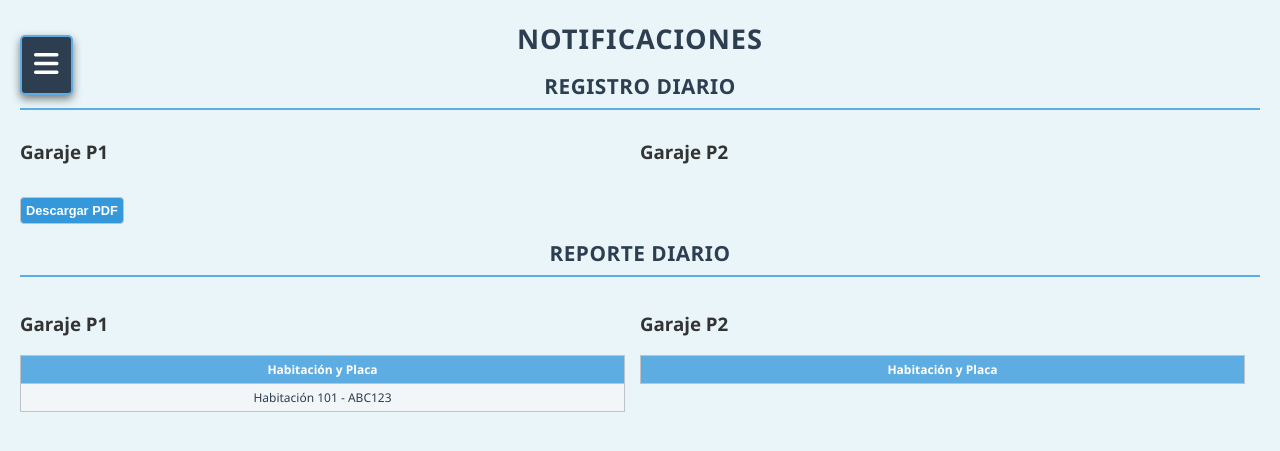
Repository: EddyWebz/base-datos
Page: privado/report.html
An editor plug-in stored every save of this project. The page is shown before and after the next save, followed by the edit.
The browser window is 1280 px wide. The pictures show the whole page.
The page's requests for data from a server got no answer.

Above is the page before, as saved 2024-09-02 20:39:07.

### privado/report.html
<!DOCTYPE html>
<html lang="es">
<head>
    <meta charset="UTF-8">
    <meta name="viewport" content="width=device-width, initial-scale=1, maximum-scale=1, user-scalable=no"> <!-- Desactiva el zoom -->
    <title>Notificaciones y Reportes de Vehículos</title>
    <!-- Vinculación al archivo CSS de notificaciones -->
    <link rel="apple-touch-icon" sizes="180x180" href="/ico.rep/apple-touch-icon.png">
    <link rel="icon" type="image/png" sizes="32x32" href="/ico.rep/favicon-32x32.png">
    <link rel="icon" type="image/png" sizes="16x16" href="/ico.rep/favicon-16x16.png">
    <link rel="manifest" href="/ico.rep/site.webmanifest">
    <link rel="stylesheet" href="/notif.css">
    <!-- Iconos de Font Awesome -->
    <link rel="stylesheet" href="https://cdnjs.cloudflare.com/ajax/libs/font-awesome/6.0.0-beta3/css/all.min.css">
    <script src="https://cdnjs.cloudflare.com/ajax/libs/html2pdf.js/0.9.2/html2pdf.bundle.min.js"></script>
</head>
<body>
    <!-- Menú desplegable -->
    <div class="dropdown-menu">
        <button class="menu-icon">
            <i class="fas fa-bars"></i> <!-- Ícono de Font Awesome -->
        </button>
        <div class="dropdown-content">
            <a href="#" id="home-link">Inicio</a>
            <a href="#" id="home-link">Configuración</a>
            <a href="#" id="logout-button">Cerrar Sesión</a>
        </div>
    </div>

    <!-- Encabezado de la página -->
    <header>
        <h1>Notificaciones</h1>
    </header>

    <!-- Sección de Notificaciones Activas -->
    <section id="notificaciones">
        <h2>Registro Diario</h2>
        <div class="notificaciones-garajes">
            <div class="garaje">
                <h3>Garaje P1</h3>
                <div id="notificaciones-contenedor-P1" class="notificaciones-contenedor">
                    <!-- Las notificaciones dinámicas de P1 se insertarán aquí -->
                </div>
            </div>
            <div class="garaje">
                <h3>Garaje P2</h3>
                <div id="notificaciones-contenedor-P2" class="notificaciones-contenedor">
                    <!-- Las notificaciones dinámicas de P2 se insertarán aquí -->
                </div>
            </div>
        </div>
    </section>

    <!-- Sección de Reportes -->
    <form id="form-reporte">
        <!-- Botón de Imprimir -->
        <button type="button" id="btn-imprimir">Descargar PDF</button>
    </form>
    <h2>Reporte Diario</h2>

    <div class="reportes-garajes" id="Imprimir">
        <div class="garaje">
            <h3>Garaje P1</h3>
            <table id="tabla-reporte-P1" class="compact-table">
                <thead>
                    <tr>
                        <th>Habitación y Placa</th>
                    </tr>
                </thead>
                <tbody>
                    <!-- Las filas de datos se insertarán dinámicamente aquí -->
                    <!-- Ejemplo de fila modificada -->
                    <tr>
                        <td data-id="1">Habitación 101 - ABC123</td>
                    </tr>
                </tbody>
            </table>
        </div>

        <div class="garaje">
            <h3>Garaje P2</h3>
            <table id="tabla-reporte-P2" class="compact-table">
                <thead>
                    <tr>
                        <th>Habitación y Placa</th>
                    </tr>
                </thead>
                <tbody>
                    <!-- Las filas de datos se insertarán dinámicamente aquí -->
                </tbody>
            </table>
        </div>
    </div>

    <!-- Vinculación al archivo JavaScript de notificaciones y reportes -->
     <!-- Incluye el nuevo script drag.js -->
<script src="/drag.js"></script> <!-- Ajusta la ruta según la ubicación de tu archivo -->
    <script src="/report.js"></script>
</body>
</html>

### BASE-2/notif.css
/* Estilos Generales */
body {
    font-family: 'Segoe UI', Tahoma, Geneva, Verdana, sans-serif;
    background-color: #e9f5f9; /* Un fondo azul claro suave */
    color: #333;
    margin: 20px;
    padding: 0;
    box-sizing: border-box;
}

/* Encabezado */
header h1 {
    text-align: center;
    color: #2c3e50;
    font-size: 1.7em;
    margin-bottom: 11px;
    text-transform: uppercase;
    letter-spacing: 1px;
    animation: fadeIn 1s ease-in-out;
}

/* Estilo unificado para h2 */
h2 {
    color: #2c3e50; /* Un color azul oscuro */
    font-size: 1.3em; /* Tamaño de fuente ajustado */
    font-weight: bold;
    text-align: center; /* Centrar los títulos */
    margin-top: 15px;
    margin-bottom: 15px;
    padding-bottom: 8px;
    border-bottom: 2px solid #5dade2; /* Añadir un borde inferior para separar visualmente */
    letter-spacing: 0.5px;
    text-transform: uppercase; /* Convertir a mayúsculas para consistencia */
    animation: fadeIn 1s ease-in-out;
}

/* Sección de Notificaciones */
#notificaciones h2 {
    margin-bottom: 10px;
    animation: fadeIn 1s ease-in-out;
}

.notificaciones-garajes {
    display: flex;
    justify-content: space-between; /* Permite que los contenedores de garaje ocupen todo el ancho */
}

.garaje {
    flex: 1;
    margin-right: 15px; /* Reducir espacio entre columnas de garajes */
}

.notificaciones-contenedor {
    display: flex;
    flex-direction: column;
    gap: 3px; /* Reducir el espacio entre notificaciones */
    animation: slideInUp 0.5s ease-in-out;
}

.notificacion {
    background-color: #ffffff;
    border-left: 3px solid #5dade2; /* Azul suave para el borde */
    padding: 3px; /* Reducir padding interno */
    box-shadow: 0 2px 4px rgba(0, 0, 0, 0.1);
    border-radius: 4px;
    width: 100%;  /* Ocupa todo el ancho disponible */
    transition: transform 0.3s ease, box-shadow 0.3s ease;
    cursor: pointer;
    font-size: 0.9em; /* Reducir tamaño de la fuente */
}

.notificacion:hover {
    transform: translateY(-2px);
    box-shadow: 0 4px 6px rgba(0, 0, 0, 0.15);
}

/* Botón Descargar PDF */
button {
    padding: 8px 16px; /* Reducir tamaño del botón */
    background-color: #3498db;
    border: none;
    border-radius: 5px;
    color: white;
    font-weight: bold;
    cursor: pointer;
    transition: background-color 0.3s ease;
    margin-top: 15px; /* Agregar margen superior para separarlo del contenido */
}

button:hover {
    background-color: #2980b9;
}

/* Sección de Reportes */
#reportes h2 {
    margin-bottom: 10px;
    animation: fadeIn 1s ease-in-out;
}

#form-reporte {
    display: flex;
    flex-wrap: wrap;
    gap: 10px;
    margin-bottom: 10px;
}

#form-reporte input, #form-reporte button {
    padding: 5px;
    border-radius: 4px;
    border: 1px solid #bdc3c7;
    font-size: 0.8em;
}

#form-reporte button {
    background-color: #3498db; /* Azul suave para el botón */
    color: #ffffff;
    cursor: pointer;
    transition: background-color 0.3s ease, transform 0.3s ease;
}

#form-reporte button:hover {
    background-color: #2980b9; /* Azul más oscuro al pasar el ratón */
    transform: translateY(-2px);
}

/* Tablas de Reportes */
.reportes-garajes {
    display: flex;
    justify-content: space-between; /* Permite que las tablas de garaje ocupen todo el ancho */
}

.compact-table {
    width: 100%;
    border-collapse: collapse;
    margin-bottom: 15px; /* Reducir espacio inferior */
    font-size: 0.75em; /* Reducir tamaño de la fuente */
}

.compact-table th, .compact-table td {
    border: 1px solid #bdc3c7;
    padding: 5px; /* Reducir padding */
    text-align: center;
    background-color: #f2f6f9; /* Azul claro suave */
    color: #2c3e50;
    transition: background-color 0.3s ease;
}

.compact-table th {
    background-color: #5dade2; /* Azul suave para encabezados */
    color: white;
}

.compact-table tr:nth-child(even) {
    background-color: #ecf7fa; /* Azul aún más claro */
}

.compact-table tr:hover {
    background-color: #d0e9f5; /* Color al pasar el ratón */
}

/* Estilo del menú desplegable */
.dropdown-menu {
    position: absolute;
    top: 20px;
    left: 20px;
    z-index: 1000;
}

.menu-icon {
    background-color: #2c3e50;
    color: #ffffff;
    border: 2px solid #5dade2;
    padding: 8px;
    border-radius: 5px;
    cursor: pointer;
    font-size: 18px;
    transition: padding 0.6s cubic-bezier(0.4, 0.0, 0.2, 1),
                font-size 0.6s cubic-bezier(0.4, 0.0, 0.2, 1),
                background-color 0.6s ease,
                transform 0.6s cubic-bezier(0.4, 0.0, 0.2, 1);
    box-shadow: 0 4px 8px rgba(0, 0, 0, 0.5);
    transform: rotate(0deg);
}

.menu-icon:hover {
    background-color: #34495e;
    transform: scale(1.1);
}
.menu-icon:hover, .menu-icon.open {
    background-color: #1c2833; /* Un color más oscuro para el estado activo */
    transform: scale(1.15); /* Un poco más grande al estar activo */
}


.menu-icon.open {
    transform: rotate(90deg);
    transition: transform 0.6s cubic-bezier(0.4, 0.0, 0.2, 1);
}

/* Estilo del contenido desplegable con animación */
.dropdown-content {
    display: block; /* Cambiado para asegurar que esté siempre visible y manejado solo por la animación */
    position: absolute;
    left: 0;
    top: 100%;
    background-color: rgba(44, 62, 80, 0.95);
    min-width: 160px;
    box-shadow: 0px 10px 20px 0px rgba(0,0,0,0.3); /* Sombra más intensa */
    border-radius: 5px;
    z-index: 1001;
    opacity: 0;
    transform: translateY(-20px); /* Ajuste para una transición suave */
    transition: opacity 0.6s cubic-bezier(0.25, 1, 0.5, 1), transform 0.6s cubic-bezier(0.25, 1, 0.5, 1);
    visibility: hidden; /* Oculta el menú visualmente y funcionalmente */
    pointer-events: none; /* Deshabilita la interacción cuando está oculto */
}


.dropdown-content.show {
    opacity: 1;
    transform: translateY(0); /* Desplazamiento suave hacia abajo */
    visibility: visible; /* Hace el menú visible */
    pointer-events: auto; /* Habilita la interacción */
}

.dropdown-content.hide {
    opacity: 0;
    transform: translateY(-10px); /* Suave desplazamiento hacia arriba al ocultar */
    transition: opacity 0.5s ease, transform 0.5s ease; /* Transición para la animación */
    visibility: hidden; /* Oculta el menú visualmente y funcionalmente */
    pointer-events: none; /* Deshabilita la interacción */
}

.dropdown-content a {
    color: #ffffff;
    padding: 10px 12px;
    text-decoration: none;
    display: block;
    transition: background-color 0.4s ease;
    border-bottom: 1px solid #34495e;
}

.dropdown-content a:last-child {
    border-bottom: none;
}

.dropdown-content a:hover {
    background-color: #5dade2;
}

/* Aumentar tamaño en pantallas grandes */
@media (min-width: 792px) {
    .menu-icon {
        padding: 12px;
        font-size: 28px;
    }

    .dropdown-content {
        min-width: 200px; /* Aumentar el ancho del menú desplegable en pantallas grandes */
        font-size: 18px; /* Aumentar el tamaño del texto en pantallas grandes */
    }

    .dropdown-content a {
        font-size: 18px; /* Aumentar tamaño del texto de los enlaces */
        padding: 12px 14px; /* Aumentar padding para mayor espacio en el enlace */
    }
}

/* Animaciones */
@keyframes fadeIn {
    0% { opacity: 0; }
    100% { opacity: 1; }
}

@keyframes slideInUp {
    0% {
        transform: translateY(30px);
        opacity: 0;
    }
    100% {
        transform: translateY(0);
        opacity: 1;
    }
}

/* Estilos específicos para impresión */
@media print {
    body {
        background-color: white; /* Asegura un fondo blanco para la impresión */
        color: black; /* Asegura que el texto sea negro */
    }

    #reportes h2, #reportes h3 {
        color: black; /* Asegura que los títulos sean visibles */
    }

    #reportes table {
        width: 100%;
        border-collapse: collapse;
    }

    /* Reducir tamaño de fuente y padding en celdas */
    #reportes th, #reportes td {
        border: 1px solid #000;
        padding: 0px;
        text-align: center;
        height: 6px;
        font-size: 10px;
        background-color: white;
        color: black;
    }

    #reportes th {
        background-color: #ddd;
        color: black;
    }

    #reportes td {
        color: black;
    }

    /* Ocultar elementos no necesarios en la impresión */
    button, #form-reporte {
        display: none;
    }

    /* Ajuste para impresión en una sola página */
    #reportes {
        page-break-before: always;
    }
}

### BASE-2/drag.js
document.addEventListener('DOMContentLoaded', () => {
    const containers = document.querySelectorAll('.garage-container');

    containers.forEach(container => {
        container.addEventListener('dragover', (e) => {
            e.preventDefault();
        });

        container.addEventListener('drop', (e) => {
            e.preventDefault();
            const id = e.dataTransfer.getData('text/plain');
            const draggedElement = document.getElementById(id);
            const newGarage = container.getAttribute('data-garage');

            container.appendChild(draggedElement);

            // Enviar la actualización al backend
   // Enviar la actualización al backend
fetch('/api/drag', {
    method: 'POST',
    headers: {
        'Content-Type': 'application/json'
    },
    body: JSON.stringify({
        id: id,
        newGarage: newGarage
    })
})
.then(response => {
    console.log('Response from drag-controller.js:', response);
    return response.json();
})
.then(data => {
    if (!data.success) {
        console.error('Error al actualizar el garage:', data.message);
    } else {
        console.log('Garage updated successfully:', data);
    }
})
.catch(error => console.error('Error en la solicitud:', error));

        });
    });

    const items = document.querySelectorAll('.vehicle-item');
    items.forEach(item => {
        item.setAttribute('draggable', true);

        item.addEventListener('dragstart', (e) => {
            e.dataTransfer.setData('text/plain', item.id);
        });
    });
});

### BASE-2/report.js
document.addEventListener('DOMContentLoaded', () => {
    actualizarNotificaciones();
    generarReporteAutomatico(); // Generar el reporte automáticamente al cargar la página
// Conectar drag.js para manejar el arrastre
const script = document.createElement('script');
script.src = '/drag.js'; // Ajusta la ruta según la ubicación de tu archivo
document.body.appendChild(script);
    // Configurar auto-actualización cada 5 minutos para notificaciones y reporte
    setInterval(actualizarNotificaciones,  1 * 60 * 60 * 1000);
    setInterval(generarReporteAutomatico,  1 * 60 * 60 * 1000);

    // Configurar botón de impresión/descarga
    document.getElementById('btn-imprimir').addEventListener('click', imprimirReporte);

    // Redirección al hacer clic en el enlace "Inicio"
    const homeLink = document.getElementById('home-link');
    homeLink.addEventListener('click', () => {
        window.location.href = '/privado/cuerpo.html';
    });

    // Lógica para cerrar sesión
    const logoutButton = document.getElementById('logout-button');
    logoutButton.addEventListener('click', async () => {
        // CAMBIO A PROMESAS USANDO ASYNC/AWAIT
        const response = await fetch('/logout', {
            method: 'POST',
            headers: {
                'Content-Type': 'application/json'
            }
        }); // CAMBIO A PROMESAS

        if (response.ok) {
            window.location.href = '/login'; // Redirigir a la página de inicio de sesión después de cerrar sesión
        } else {
            alert('Error al cerrar sesión. Inténtalo de nuevo.');
        }
    });

    // ---- FUNCIONES DE INTERACCIÓN PARA EL MENÚ ----
    const menuIcon = document.querySelector('.menu-icon');
    const dropdownContent = document.querySelector('.dropdown-content');

    menuIcon.addEventListener('click', () => {
        dropdownContent.classList.toggle('show');
        menuIcon.classList.toggle('open');
    });

    window.addEventListener('click', (e) => {
        if (!menuIcon.contains(e.target) && !dropdownContent.contains(e.target)) {
            dropdownContent.classList.remove('show');
            menuIcon.classList.remove('open');
        }
    });
});

// Función para obtener y actualizar las notificaciones activas
async function actualizarNotificaciones() {
    // CAMBIO A PROMESAS USANDO ASYNC/AWAIT
    try {
        const response = await fetch('/api/notas/notificaciones'); // CAMBIO A PROMESAS
        const data = await response.json(); // CAMBIO A PROMESAS
        console.log('Notificaciones recibidas:', data);

        const contenedorP1 = document.getElementById('notificaciones-contenedor-P1');
        const contenedorP2 = document.getElementById('notificaciones-contenedor-P2');
        contenedorP1.innerHTML = '';
        contenedorP2.innerHTML = '';

        data.P1.forEach(notificacion => {
            const div = document.createElement('div');
            div.classList.add('notificacion');
            div.innerHTML = `<p><strong>Habitación:</strong> ${notificacion.habitacion} <strong>Placa:</strong> ${notificacion.plate}</p>`;
            contenedorP1.appendChild(div);
        });

        data.P2.forEach(notificacion => {
            const div = document.createElement('div');
            div.classList.add('notificacion');
            div.innerHTML = `<p><strong>Habitación:</strong> ${notificacion.habitacion} <strong>Placa:</strong> ${notificacion.plate}</p>`;
            contenedorP2.appendChild(div);
        });
    } catch (error) {
        console.error('Error al obtener notificaciones:', error);
    }
}

// Función para generar y actualizar el reporte automático de vehículos en garaje
async function generarReporteAutomatico() {
    // CAMBIO A PROMESAS USANDO ASYNC/AWAIT
    try {
        const response = await fetch('/api/notas/reportes'); // CAMBIO A PROMESAS
        const data = await response.json(); // CAMBIO A PROMESAS
        console.log('Datos del reporte recibidos:', data);

        const tbodyP1 = document.getElementById('tabla-reporte-P1').querySelector('tbody');
        const tbodyP2 = document.getElementById('tabla-reporte-P2').querySelector('tbody');
        tbodyP1.innerHTML = '';
        tbodyP2.innerHTML = '';

        data.P1.forEach(registro => {
            const tr = document.createElement('tr');
            tr.innerHTML = `<td>${registro.habitacion}</td><td>${registro.plate}</td>`;
            tbodyP1.appendChild(tr);
        });

        data.P2.forEach(registro => {
            const tr = document.createElement('tr');
            tr.innerHTML = `<td>${registro.habitacion}</td><td>${registro.plate}</td>`;
            tbodyP2.appendChild(tr);
        });
    } catch (error) {
        console.error('Error al generar el reporte:', error);
    }
}

// Función para imprimir o descargar el reporte como PDF
function imprimirReporte() {
    if (!window.location.hash) {
        window.location = window.location + '#imprimir';
        window.location.reload();
    } else {
        const printContents = document.getElementById('Imprimir').innerHTML;
        const originalContents = document.body.innerHTML;

        document.body.innerHTML = printContents;
        window.print();
        document.body.innerHTML = originalContents;

        window.history.replaceState('', document.title, window.location.pathname);
    }
}

// Refrescar la página después de cerrar el cuadro de diálogo de impresión
window.addEventListener('afterprint', function() {
    window.location.reload();
});

After the next save:
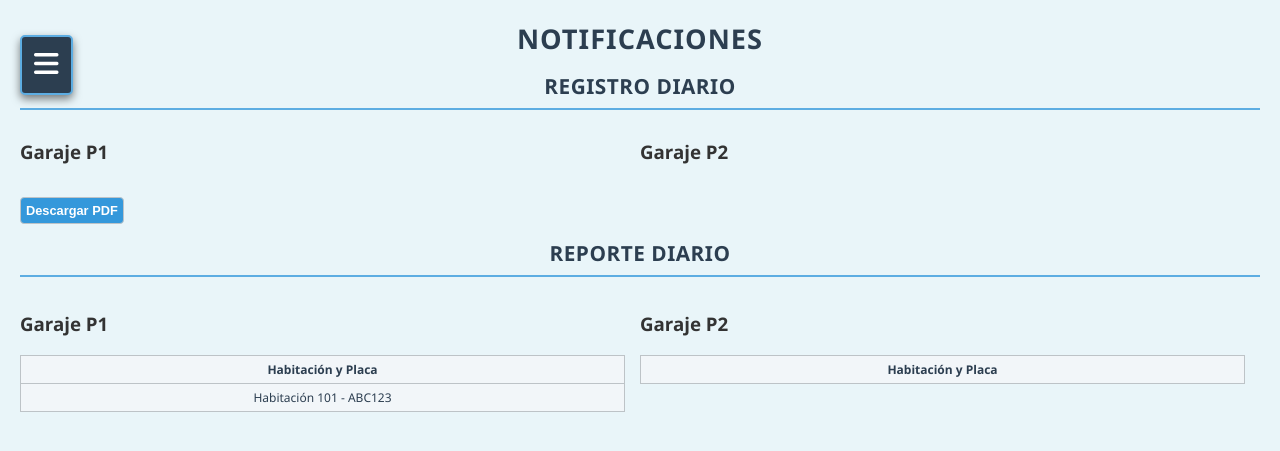
Saved 4 min 19 s later.
--- a/BASE-2/notif.css
+++ b/BASE-2/notif.css
@@ -329,3 +329,11 @@ button:hover {
         page-break-before: always;
     }
 }
+.compact-table th, .compact-table td {
+    border: 1px solid #bdc3c7;
+    padding: 5px; /* Reducir padding */
+    text-align: center;
+    background-color: #f2f6f9; /* Azul claro suave */
+    color: #2c3e50;
+    transition: background-color 0.3s ease;
+}

After the save that followed:
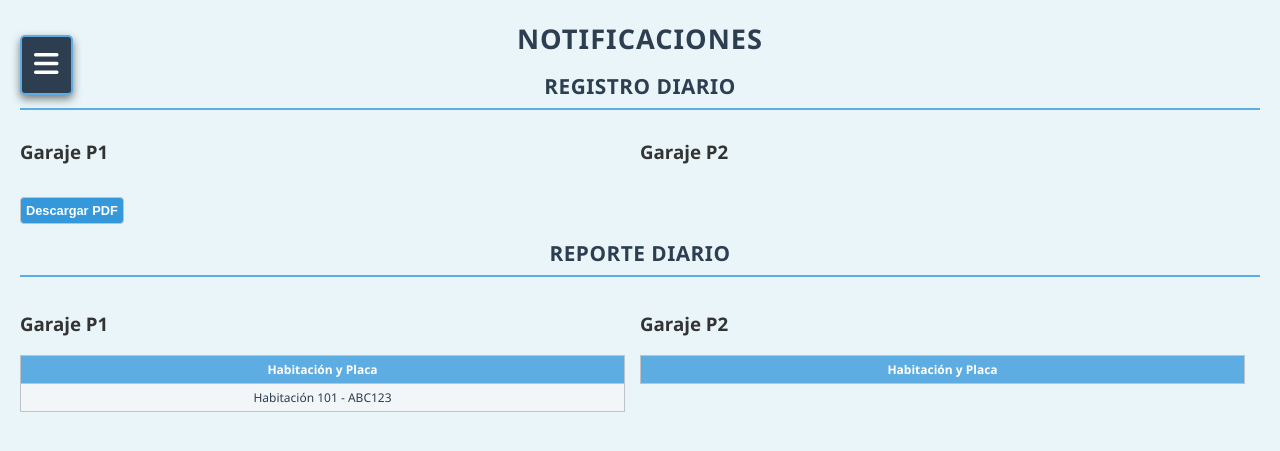
Saved 54 s later.
--- a/BASE-2/notif.css
+++ b/BASE-2/notif.css
@@ -329,11 +329,3 @@ button:hover {
         page-break-before: always;
     }
 }
-.compact-table th, .compact-table td {
-    border: 1px solid #bdc3c7;
-    padding: 5px; /* Reducir padding */
-    text-align: center;
-    background-color: #f2f6f9; /* Azul claro suave */
-    color: #2c3e50;
-    transition: background-color 0.3s ease;
-}
